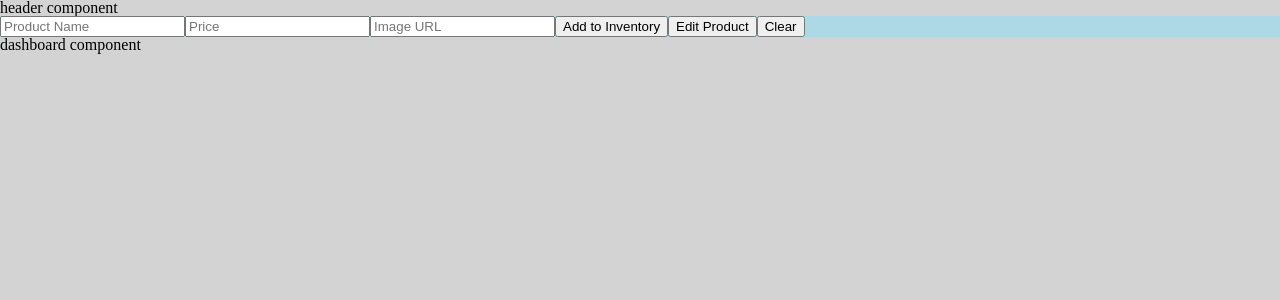
Repository: ooter37/shelfie
Page: /
These files come from the project's save history. The page is drawn as it stood at one moment and after a run of saves; the edit follows.
The browser window is 1280 px wide. The pictures show the whole page.
The page's requests for data from a server got no answer. The project was rebuilt for these pictures with package versions that can differ from the ones it lists, and the page was loaded fresh each time. No one was signed in, and anything a server would have sent is missing. Also part of the build but not shown: src/Components/Product/Product.js.

Above is the page before, as saved 2020-04-03 17:19:21.

### src/App.js
import React from 'react';
import axios from 'axios';
import './reset.css'
import './App.css';
import Header from './Components/Header/Header'
import Dashboard from './Components/Dashboard/Dashboard'
import Form from './Components/Form/Form'

export default class App extends React.Component {
  constructor() {
    super()
    this.state = {
      inventory: [],
      selected: null
    }
    this.getInventory = this.getInventory.bind(this)
    this.setSelected = this.setSelected.bind(this)
  }

  componentDidMount() {
    this.getInventory()
  }
  getInventory() {
    axios.get('/api/inventory').then(res => {
      this.setState({
        inventory: res.data
      })
      }).catch(err => console.log(err))
  }

  setSelected(edit) {
    this.setState({
      selected: edit
    })
    console.log(this.state.selected)
  }

  render() {
  return (
    <div className="App">
      <Header/>
      <div className='dashboard-and-form'>
        <Form
          getInventory={this.getInventory}
          selected={this.state.selected}
          />
        <Dashboard
        inventory={this.state.inventory}
        getInventory={this.getInventory}
        setSelected={this.setSelected}
        />
      </div>
    </div>
  );
  }
}

### src/App.css
.App {
  height: 100vh;
  width: 100vw;
  background-color: lightgrey;
}

.form-component {
  background-color: lightblue;
}

.product-component {
  background-color: lightgreen;
}

### src/Components/Header/Header.js
import React from 'react'

export default class Header extends React.Component {
    // constructor() {
    //     super()
    // }
    render() {
        return (
            <div>header component</div>
        )
    }
}

### src/Components/Dashboard/Dashboard.js
import React from 'react'
import Product from '../Product/Product'
import axios from 'axios'

export default class Dashboard extends React.Component {
    // eslint-disable-next-line
    constructor(props) {
        super(props)
        this.deleteProduct = this.deleteProduct.bind(this)
    }

deleteProduct(id) {
    axios.delete(`/api/delete/${id}`).then (res => {
        this.props.getInventory()
    })
}

    render() {
        // console.log(this.props.inventory)
        const mappedInventory = this.props.inventory.map(elem => {
            return (
                <div key={elem.id}>
                <Product
                    product={elem.name}
                    price={elem.price}
                    img={elem.img}
                    deleteProduct={this.deleteProduct}
                    id={elem.id}
                    setSelected={this.props.setSelected}
                />
                </div>
            )
        })
        return (
            <div>
                dashboard component
                {mappedInventory}

            </div>
        )
    }
}

### src/Components/Form/Form.js
import React from 'react'
import axios from 'axios'

export default class Form extends React.Component {
    constructor(props) {
        super(props)
        this.state = {
            name: '',
            price: '',
            img: '',
            add: '',
            edit: "hidden='true'"
        }
        this.nameChangeHandler = this.nameChangeHandler.bind(this)
        this.priceChangeHandler = this.priceChangeHandler.bind(this)
        this.imgChangeHandler = this.imgChangeHandler.bind(this)
        this.resetButton = this.resetButton.bind(this)
        this.addProduct = this.addProduct.bind(this)
        this.getProduct = this.getProduct.bind(this)
    }

    componentDidUpdate(oldProps, oldState) {
        if (oldProps !== this.props) {
            this.getProduct(this.props.selected)
        }
    }

    getProduct(id) {
        axios.get(`/api/current/${id}`).then (res => {
            console.log(res.data)
            console.log(res.data[0].name)
            this.setState({
                name: res.data[0].name,
                price: res.data[0].price,
                img: res.data[0].img
            })
        })
    }
    updateProduct(id) {
        axios.put(`/api/update/${id}`, {
            name: this.state.name,
            price: this.state.price,
            image: this.state.img
        }).then (res => {
            this.props.getInventory()
        })
    }
    addProduct() {
        axios.post('/api/product', {
            name: this.state.name,
            price: this.state.price,
            image: this.state.img
        }).then(res => {
            this.props.getInventory()
            this.resetButton()
        })
    }

    nameChangeHandler(e) {
        this.setState({
            name: e.target.value
        })
    }
    priceChangeHandler(e) {
        this.setState({
            price: e.target.value
        })
    }
    imgChangeHandler(e) {
        this.setState({
            img: e.target.value
        })
    }
    resetButton() {
        this.setState({
            name: '',
            price: 0,
            img: ''
        })
    }

    render() {
        return (
            <div className='form-component'>
                <input
                    name='productName'
                    value={this.state.name}
                    onChange={e => this.nameChangeHandler(e)}
                    placeholder='Product Name'
                    ></input>
                <input
                    name='producePrice'
                    value={this.state.price}
                    onChange={e => this.priceChangeHandler(e)}
                    placeholder='Price'
                ></input>
                <input
                    name='productImage'
                    value={this.state.img}
                    onChange={e => this.imgChangeHandler(e)}
                    placeholder='Image URL'
                ></input>
                <button  onClick={this.addProduct}>Add to Inventory</button>
                <button onClick={this.addProduct}>Edit Product</button>
                <button
                    onClick={this.resetButton}
                >Clear</button>
            </div>
        )
    }
}

Loaded but not shown: public/index.html (common file); src/index.js (common file); src/index.css (common file); src/serviceWorker.js (common file); src/reset.css (common file)

After the next 2 saves:
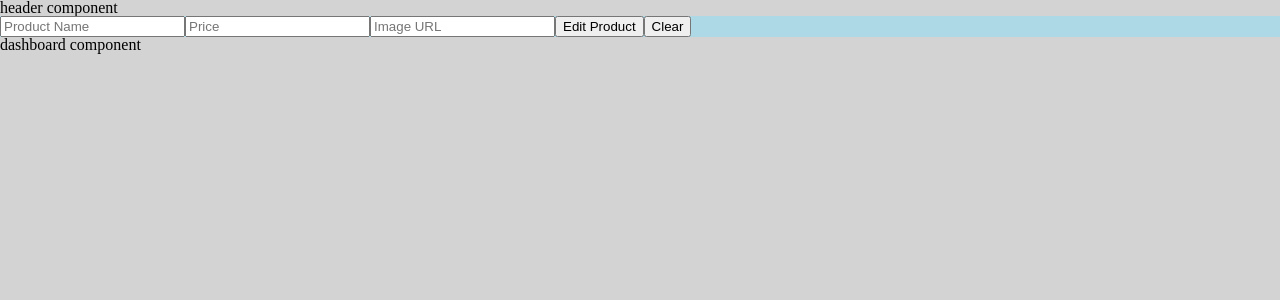
The 2 saves are shown as one change because 1 did not build or start.
The last was saved 38 s later.
--- a/src/Components/Form/Form.js
+++ b/src/Components/Form/Form.js
@@ -9,7 +9,7 @@ export default class Form extends React.Component {
             price: '',
             img: '',
             add: '',
-            edit: "hidden='true'"
+            edit: 'true'
         }
         this.nameChangeHandler = this.nameChangeHandler.bind(this)
         this.priceChangeHandler = this.priceChangeHandler.bind(this)
@@ -100,7 +100,7 @@ export default class Form extends React.Component {
                     onChange={e => this.imgChangeHandler(e)}
                     placeholder='Image URL'
                 ></input>
-                <button  onClick={this.addProduct}>Add to Inventory</button>
+                <button hidden={this.state.edit} onClick={this.addProduct}>Add to Inventory</button>
                 <button onClick={this.addProduct}>Edit Product</button>
                 <button
                     onClick={this.resetButton}
